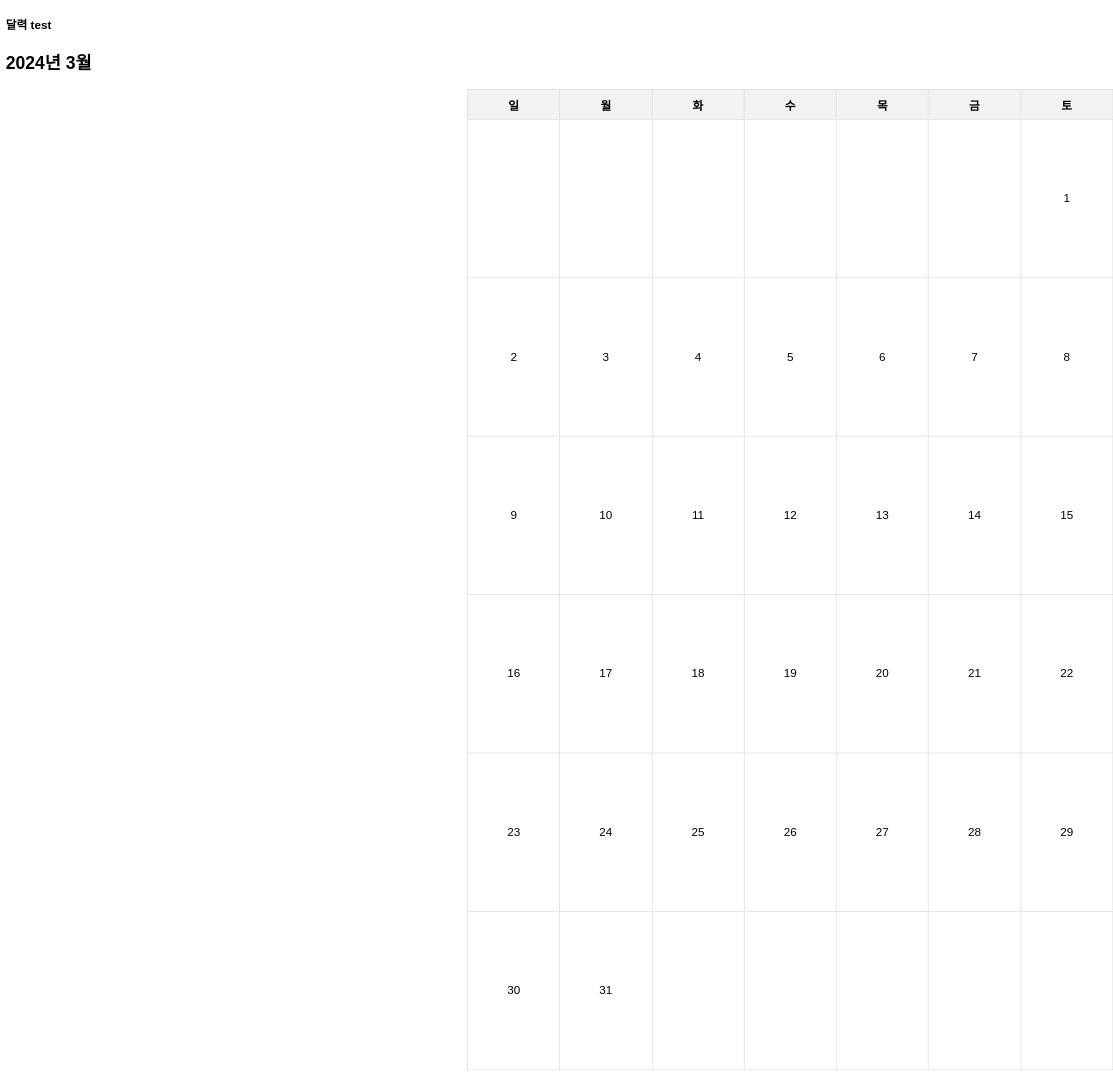
Repository: seonghun9906/semiProject
Page: http://localhost/drawAcademy/WEB-INF/views/test.jsp
These files come from the project's save history. The page is drawn as it stood at one moment and after the next save; the edit follows.
The browser window is 1280 px wide. The page is 1525 px wide, then 1280 px, so the pictures cover 1525 px, including what lies to the right of the window. The pictures show the whole page, at 73% of full size.
The page is served by Tomcat 9. Nobody is signed in. Other server files are loaded and not shown. The template is opened directly, without the code that normally fills it, so the values that code supplies are empty.

Above is the page before, as saved 2024-02-28 01:30:49.

### drawAcademy/src/main/webapp/WEB-INF/views/test.jsp
<%@ page language="java" contentType="text/html; charset=UTF-8"
    pageEncoding="UTF-8"%>
<!DOCTYPE html>
<html>
<head>
<meta charset="UTF-8">
<title>Insert title here</title>
    <style>
        body {
            font-family: Arial, sans-serif;
        }

        table {
        	justify-content : center;
            width: 70%;
            border-collapse: collapse;
            margin-top: 20px;
            margin-left : 50%;
        }

        th, td {
            border: 1px solid #ddd;
            padding: 8px;
            text-align: center;
        }

        th {
            background-color: #f2f2f2;
        }

        td {
        	height : 200px;
            cursor: pointer;
        }

        td:hover {
            background-color: #f5f5f5;
        }
    </style>
</head>
<body>
<h4>달력 test</h4>
<h2>2024년 3월</h2>
<div>
	<table>
    	<thead>
        <tr>
            <th>일</th>
            <th>월</th>
            <th>화</th>
            <th>수</th>
            <th>목</th>
            <th>금</th>
            <th>토</th>
        </tr>
    </thead>
    <tbody>
        <tr>
            <td></td>
            <td></td>
            <td></td>
            <td></td>
            <td></td>
            <td></td>
            <td>1</td>
        </tr>
        <tr>
            <td>2</td>
            <td>3</td>
            <td>4</td>
            <td>5</td>
            <td>6</td>
            <td>7</td>
            <td>8</td>
        </tr>
        <tr>
            <td>9</td>
            <td>10</td>
            <td>11</td>
            <td>12</td>
            <td>13</td>
            <td>14</td>
            <td>15</td>
        </tr>
        <tr>
            <td>16</td>
            <td>17</td>
            <td>18</td>
            <td>19</td>
            <td>20</td>
            <td>21</td>
            <td>22</td>
        </tr>
        <tr>
            <td>23</td>
            <td>24</td>
            <td>25</td>
            <td>26</td>
            <td>27</td>
            <td>28</td>
            <td>29</td>
        </tr>
        <tr>
            <td>30</td>
            <td>31</td>
            <td></td>
            <td></td>
            <td></td>
            <td></td>
            <td></td>
        </tr>
    </tbody>
</table>
</div>
</body>
</body>
</html>

After the next save:
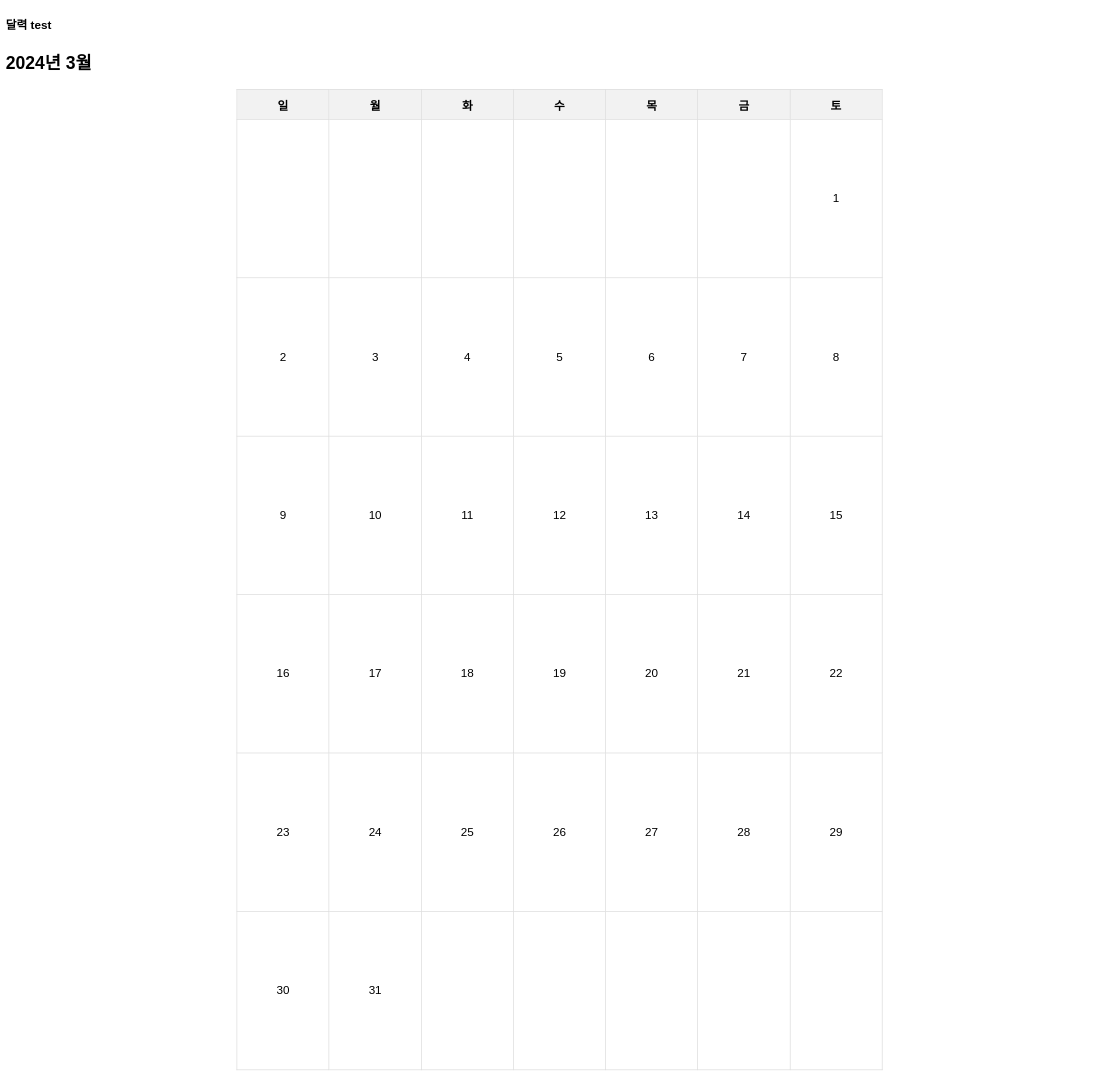
Saved 6 s later.
--- a/drawAcademy/src/main/webapp/WEB-INF/views/test.jsp
+++ b/drawAcademy/src/main/webapp/WEB-INF/views/test.jsp
@@ -15,7 +15,7 @@
             width: 70%;
             border-collapse: collapse;
             margin-top: 20px;
-            margin-left : 50%;
+            margin-left : 25%;
         }
 
         th, td {
